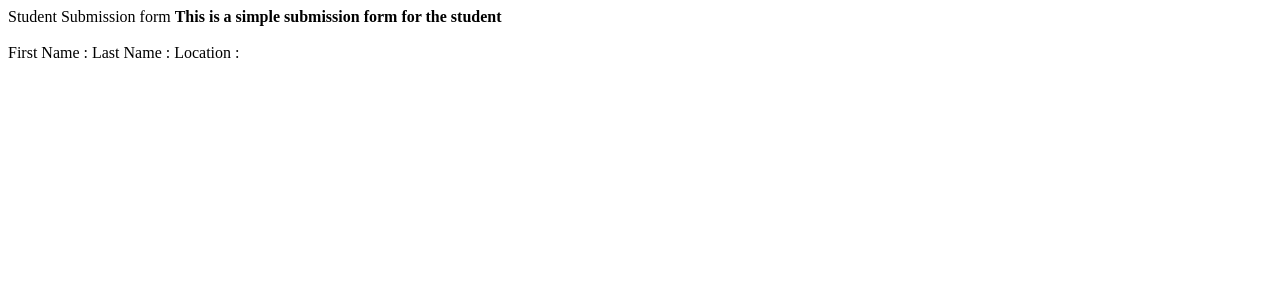
Repository: mdmyr/SpringFrameWorkout
Page: http://localhost/Spring-mvc-DropDownlist/WEB-INF/view/StudentValidationForm.jsp
An editor plug-in stored every save of this project. The page is shown before and after the next save, followed by the edit.
The browser window is 1280 px wide. The pictures show the whole page.
The page is served by Tomcat 9. Nobody is signed in. Other server files are loaded and not shown. The template is opened directly, without the code that normally fills it, so the values that code supplies are empty.

Above is the page before, as saved 2020-12-08 16:45:59.

### Spring-mvc-DropDownlist/WebContent/WEB-INF/view/StudentValidationForm.jsp
<%@ taglib prefix="form" uri="http://www.springframework.org/tags/form" %>
<html>
<head>Student Submission form</head>
<body>
<b> This is a simple submission form for the student</b>



<!-- This is the object needed to be created in the student class
1. class need to created "Student"
2. class needed to validate the Student Form - StudentValidation
 -->

 <form:form>
 <br>
 First Name :
 Last Name  :
 Location   :

</form:form>

</body>
</html>

After the next save:
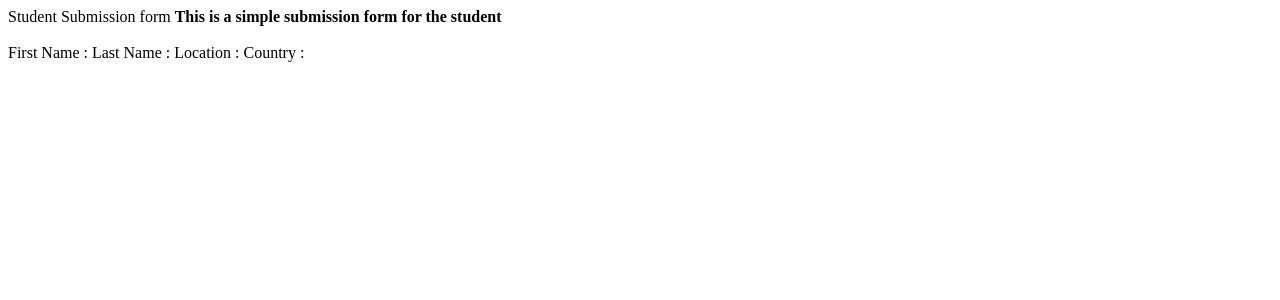
Saved 7 s later.
--- a/Spring-mvc-DropDownlist/WebContent/WEB-INF/view/StudentValidationForm.jsp
+++ b/Spring-mvc-DropDownlist/WebContent/WEB-INF/view/StudentValidationForm.jsp
@@ -16,6 +16,7 @@
  First Name :
  Last Name  :
  Location   :
+ Country    :
 
 </form:form>
 
